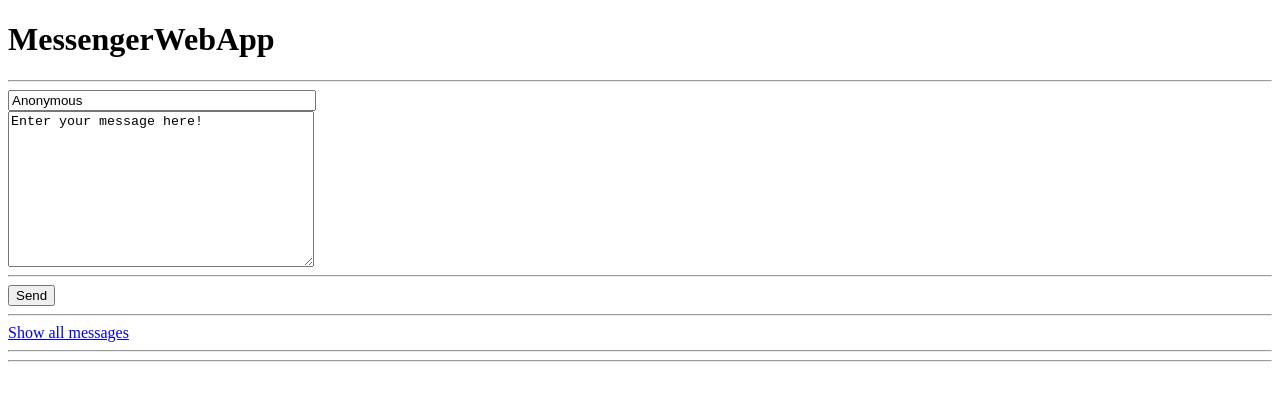
Repository: sones/sones-mule
Page: http://localhost/MessengerWebApp/
These files come from the project's save history. The page is drawn as it stood at one moment and after the next save; the edit follows.
The browser window is 1280 px wide. The pictures show the whole page.
The page is served by Tomcat 9.

Above is the page before, as saved 2011-08-26 14:25:15.

After the next save:
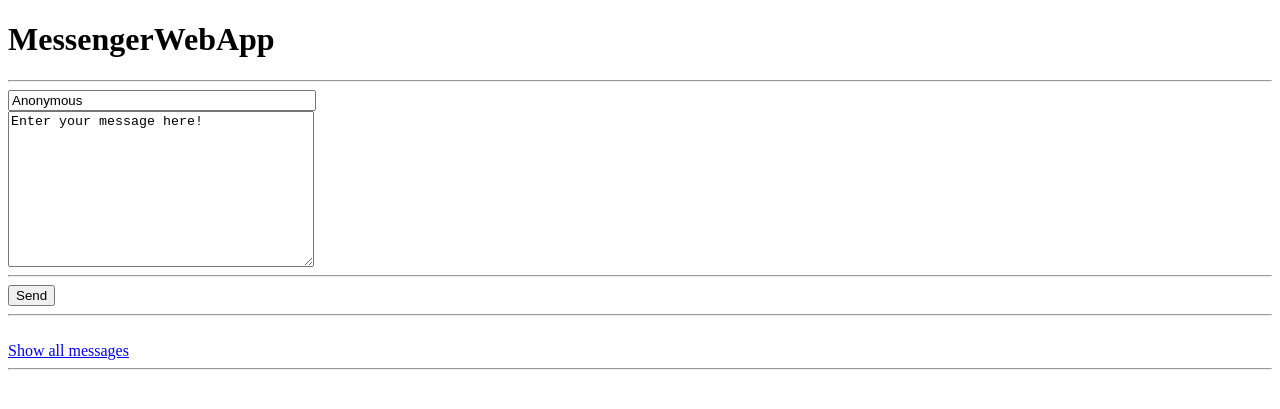
Saved 2 min 10 s later.
--- a/MessagingExampleWorkspace/MessengerWebApp/WebContent/index.jsp
+++ b/MessagingExampleWorkspace/MessengerWebApp/WebContent/index.jsp
@@ -23,19 +23,20 @@
 
 <hr/>
 
-<a href="list.jsp">Show all messages</a>
-
-<hr/>
-
 <%
 
 if (request.getParameterNames().hasMoreElements())
 {
+	out.println("<br/> ...");
 	out.println("From: " + request.getParameter("FromName"));
 	out.println("<br/>");
 	out.println("Message: " + request.getParameter("MsgText"));
+
 }
 %>
+
+<br/>
+<a href="list.jsp">Show all messages</a>
 
 <hr/>
 
